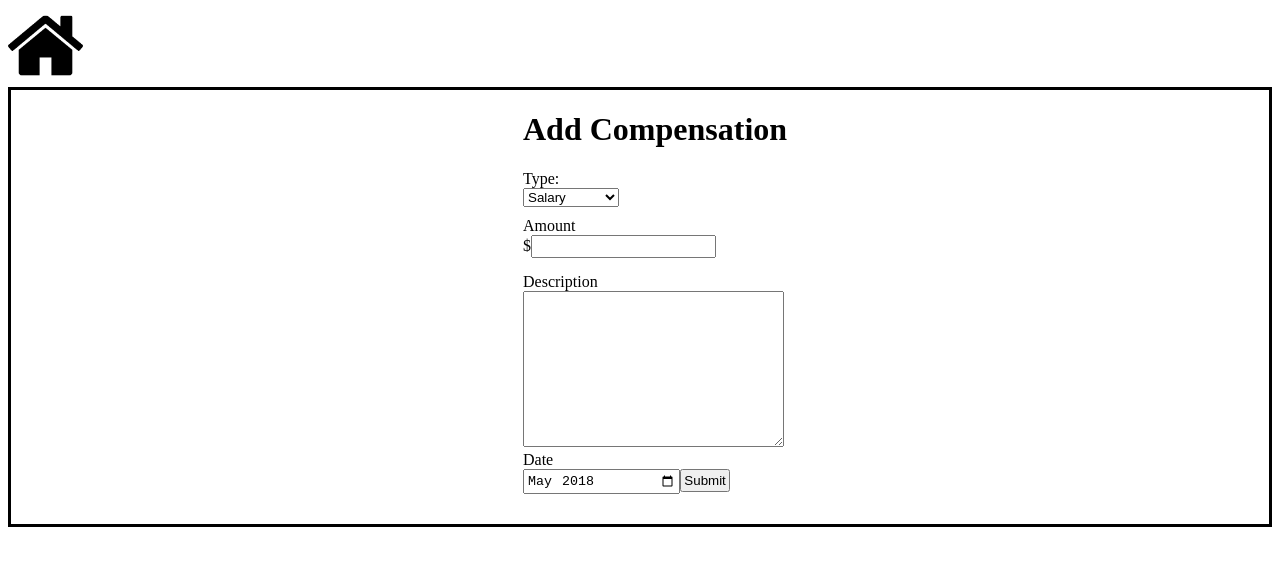
Repository: ticross18/SpringBootEmployeeSystem
Page: EmploymentSystem/src/main/resources/static/addComp.html
An editor plug-in stored every save of this project. The page is shown before and after the next save, followed by the edit.
The browser window is 1280 px wide. The pictures show the whole page.

Above is the page before, as saved 2022-05-17 18:33:15.

### EmploymentSystem/src/main/resources/static/addComp.html
<!DOCTYPE html>
<html>
<head>
	<title>Add Compensation</title>
	<meta charset="UTF-8">
	<meta name="viewport" content="width=device-width, initial-scale=1.0">
	<link href="css/screens.css" rel="stylesheet" type="text/css">
</head>
<body>

<a href="/"><img src="images/homeIcon2.png" id="homeButton" alt="home button"></a>

<div id="addEmpBox" >
<h1 id="title">Add Compensation</h1>


 <form id="userInput">
        	<label for="type">Type:</label><br>
			<select name="type" id="type" style="margin-bottom:10px;">
			  <option value="volvo">Salary</option>
			  <option value="saab">Bonus</option>
			  <option value="mercedes">Commission</option>
			  <option value="audi">Allowance</option>
			  <option value="audi">Adjustment</option>
			</select><br>

            <label for="amount">Amount</label><br>
            $<input type="number" id="amount" name="amount"><br>

            <label for="lname" >Description </label><br>
            <textarea type="text" id="description" name="description" rows="10" cols="30"></textarea><br>

            <label for="dob">Date</label><br>
            <input type="month" id="end" name="end"
     		  min="2018-03" value="2018-05">
            <input type="submit" id="submit" name ="submit"/>
        </tr>
 </form>
</div>

</body>
</html>

### EmploymentSystem/src/main/resources/static/css/screens.css
.container {
   display: flex;

}

#homeButton{
	width:75px;
	height:75px;
	position: relative;
}

.asterisk{
	color: red;
}

#addEmpBox {
	padding-left: 40vw;
	border: 3px solid rgb(0, 0, 0);
	padding-bottom: 15px;
}

#addEmpBox input {
	margin-bottom: 15px;
	padding: 2px;
}

#SearchEmpBox {
	border: 3px solid rgb(0, 0, 0);
	padding-bottom: 15px;
	margin-right: 15vw;
	text-align: center;
}

#userInput {
	display:inline-table;
}

#results {
	border: 2px solid black;
	margin: 10px;
	background-color: lightgrey;
	border-collapse: collapse;
	margin:  3vh 3vw;
}

#results th {
	padding: 2vh 3vw;
	border-left: 1px solid #000;
    border-right: 1px solid #000;
}

#results td {
	padding: 1vh 3vw ;
	border-left: 1px solid #000;
    border-right: 1px solid #000;

}

#finalEdit{
	text-align: left;
	position: left;
}

button.optionButtons {
	border-radius: 10px;
	margin-top: 10px;
	margin-right: 10vw;
	height: 5vh;
	border: 3px solid rgb(0, 0, 0);
}

button.optionButtons:active {
  box-shadow: 0 5px #666;
  transform: translateY(4px);
}

button.optionButtons:hover {
  background-color: rgb(255, 255, 128);
  cursor: pointer;
}

#dateRange {
	border: 3px solid rgb(0, 0, 0);
	width:fit-content;
	margin: 3vh;
	padding: 2vh;
}



.monthDropDown {
	width:110px;
}


tr.entries:hover {
  background-color: white;
  cursor: pointer;
}

h3 {
	background-color: lightgrey;

}

After the next save:
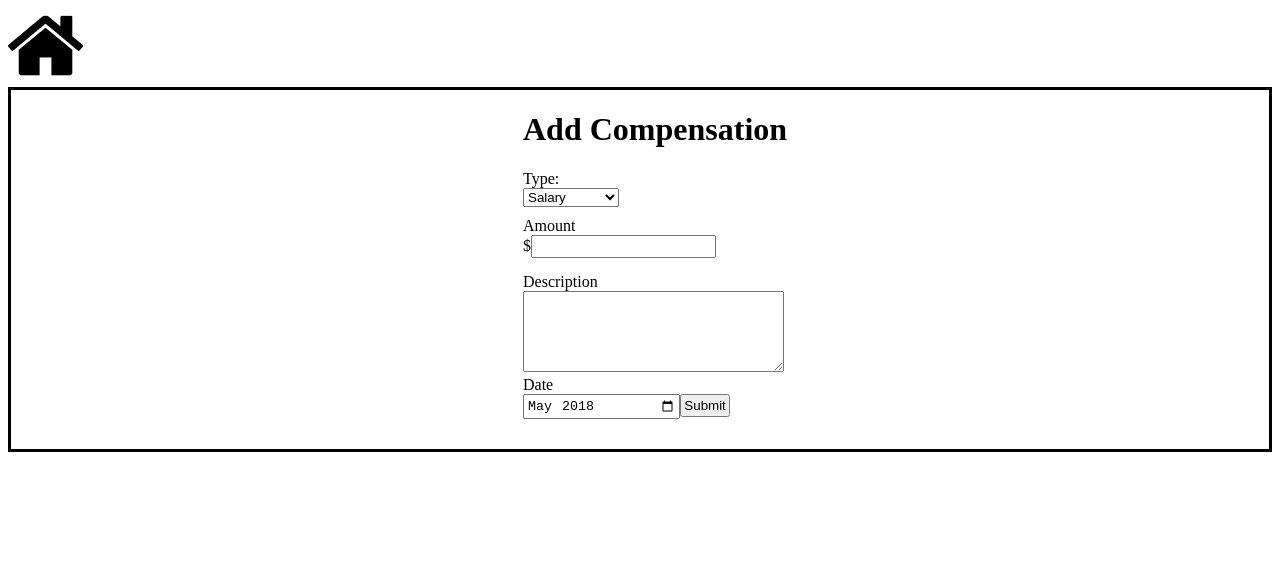
Saved 27 s later.
--- a/EmploymentSystem/src/main/resources/static/addComp.html
+++ b/EmploymentSystem/src/main/resources/static/addComp.html
@@ -28,7 +28,7 @@
             $<input type="number" id="amount" name="amount"><br>
 
             <label for="lname" >Description </label><br>
-            <textarea type="text" id="description" name="description" rows="10" cols="30"></textarea><br>
+            <textarea type="text" id="description" name="description" rows="5" cols="30"></textarea><br>
 
             <label for="dob">Date</label><br>
             <input type="month" id="end" name="end"
